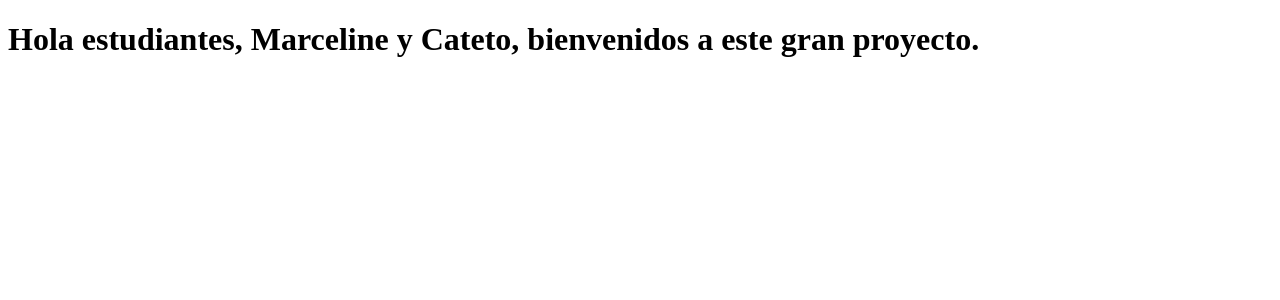
Repository: ValentinaVlnn/Myweb
Page: web.html
These files come from the project's save history. The page is drawn as it stood at one moment and after the next save; the edit follows.
The browser window is 1280 px wide. The pictures show the whole page.

Above is the page before, as saved 2025-02-01 23:39:29.

After the next save:
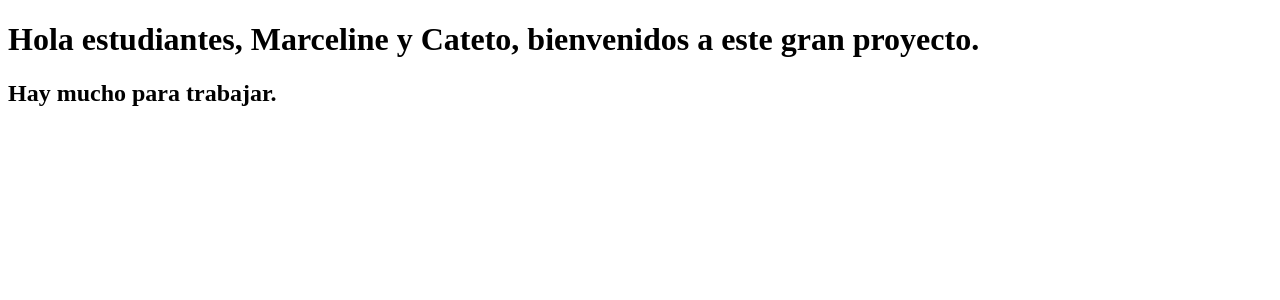
Saved 2 h 31 min later.
--- a/web.html
+++ b/web.html
@@ -8,6 +8,9 @@
             <h1>
                 Hola estudiantes, Marceline y Cateto, bienvenidos a este gran proyecto.
             </h1>
+        <h2>
+            Hay mucho para trabajar.
+        </h2>
         </div>
     </body>
 </html>
